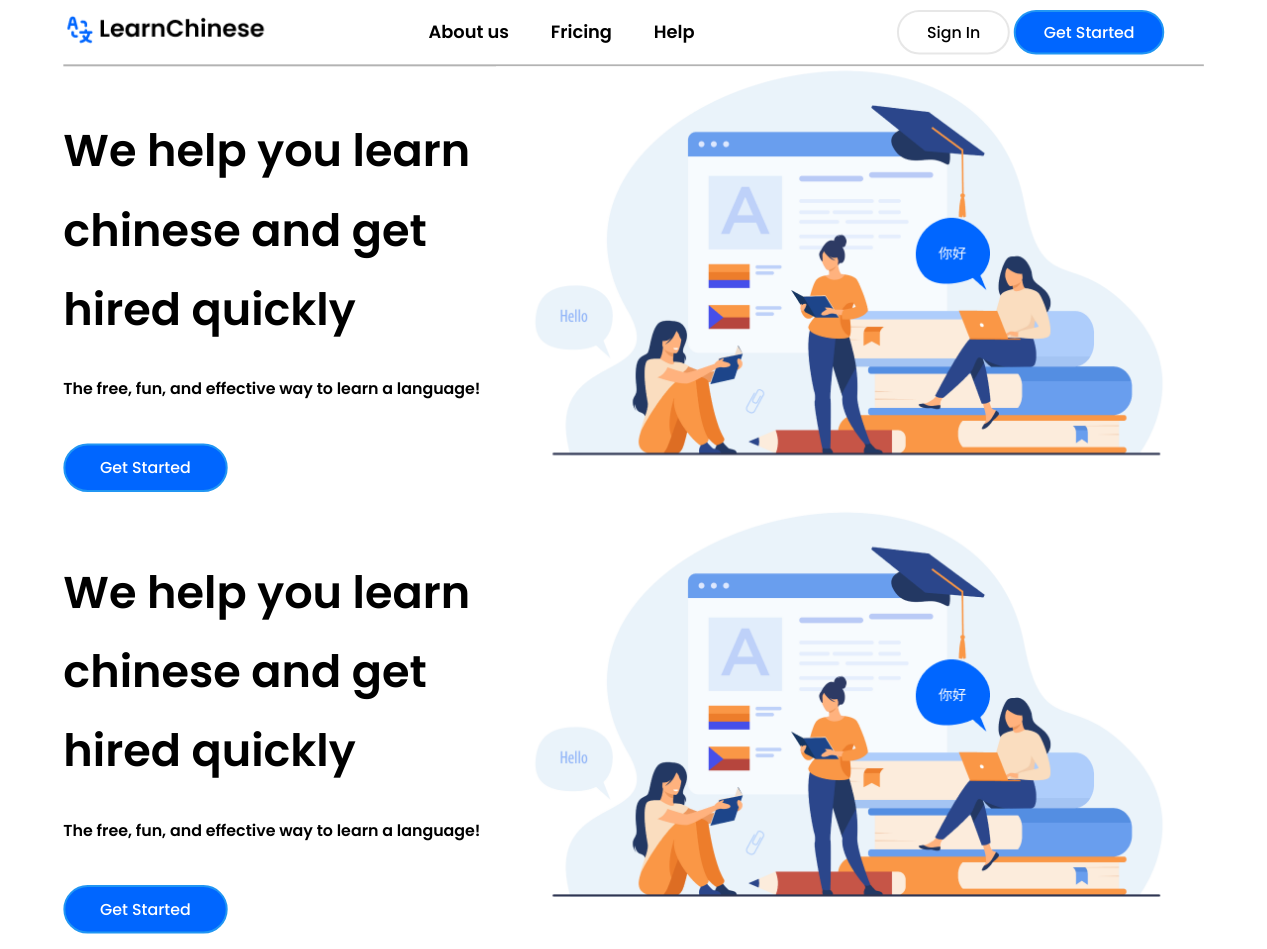
Repository: BinhIT/ChineseLearn
Page: index.html
These files come from the project's save history. The page is drawn as it stood at one moment and after the next save; the edit follows.
The browser window is 1280 px wide. The pictures show the whole page, at 99% of full size.

Above is the page before, as saved 2023-03-01 15:55:01.

After the next save:
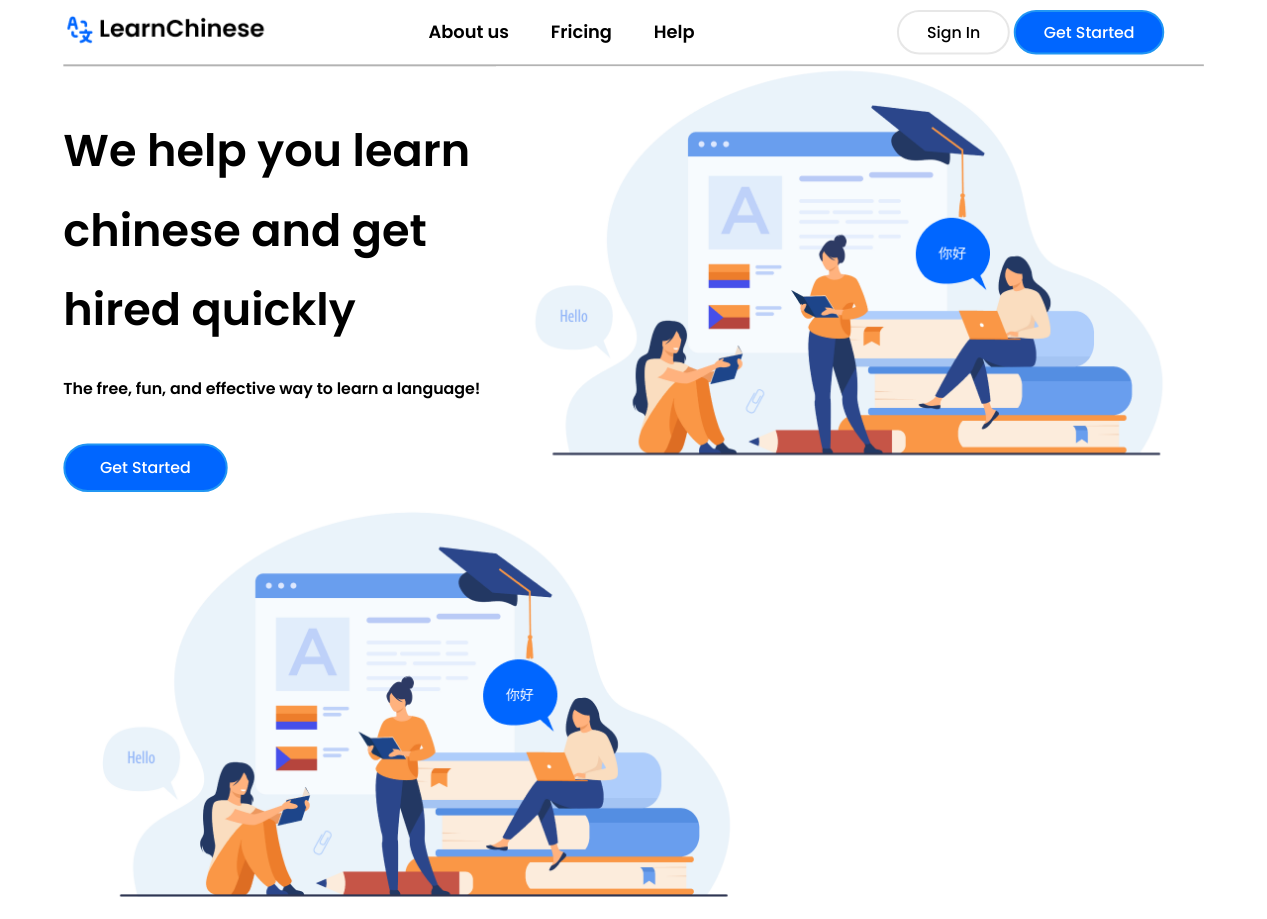
Saved 8 s later.
--- a/index.html
+++ b/index.html
@@ -49,9 +49,7 @@
     <section class="">
         <div class="row flex-container ">
             <div class="column hero-col1">
-                <h1>We help you learn chinese and get hired quickly</h1>
-                <h4>The free, fun, and effective way to learn a language!</h4>
-                <button class="btn btn_hero">Get Started</button>
+
             </div>
             <div class="column hero-col2">
                 <img src="./image/img-hero.png" alt="">
